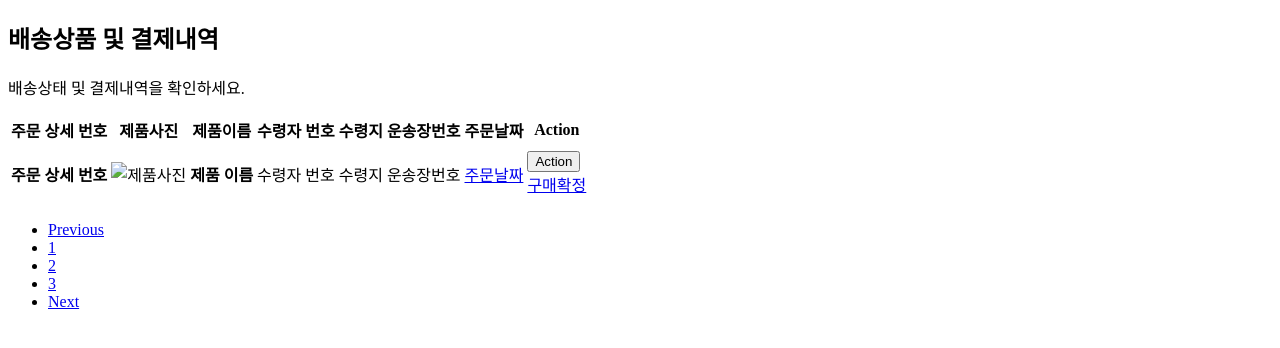
Repository: woosungH/semi_woosung
Page: http://localhost/semiProject/order/order_body.jsp
These files come from the project's save history. The page is drawn as it stood at one moment and after the next save; the edit follows.
The browser window is 1280 px wide. The pictures show the whole page.
The page is served by Tomcat 9.

Above is the page before, as saved 2022-09-27 08:16:18.

After the next save:
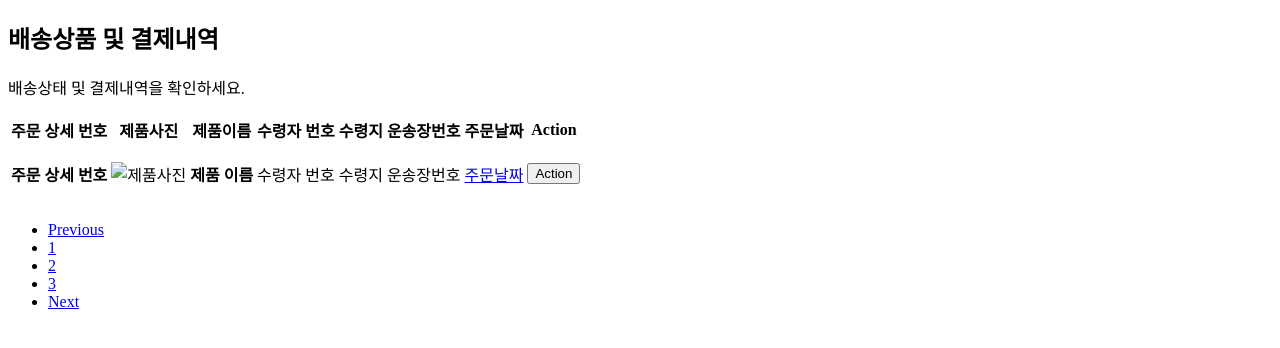
Saved 20 min 12 s later.
--- a/semi/semiProject/WebContent/order/order_body.jsp
+++ b/semi/semiProject/WebContent/order/order_body.jsp
@@ -80,9 +80,9 @@
                                 <span class="text-muted sr-only">Action</span>
                               </button>
                               <div class="dropdown-menu dropdown-menu-right">
-                                <a class="dropdown-item" href="main.jsp?pages=../order/order_edit&o_<%-- dNum=<%=%>">배송지 변경</a>
+                                <%-- <a class="dropdown-item" href="main.jsp?pages=../order/order_edit&o_dNum=<%=%>">배송지 변경</a>
                                 <a class="dropdown-item" href="../order/order_change.jsp?o_dNum=<%= %>&change=true">환불요청</a>
-                                <a class="dropdown-item" href="../order/order_change.jsp?o_dNum=<%= %>& --%>change=false">구매확정</a>
+                                <a class="dropdown-item" href="../order/order_change.jsp?o_dNum=<%= %>&change=false">구매확정</a> --%>
                               </div>
                             </td>
                           </tr>
